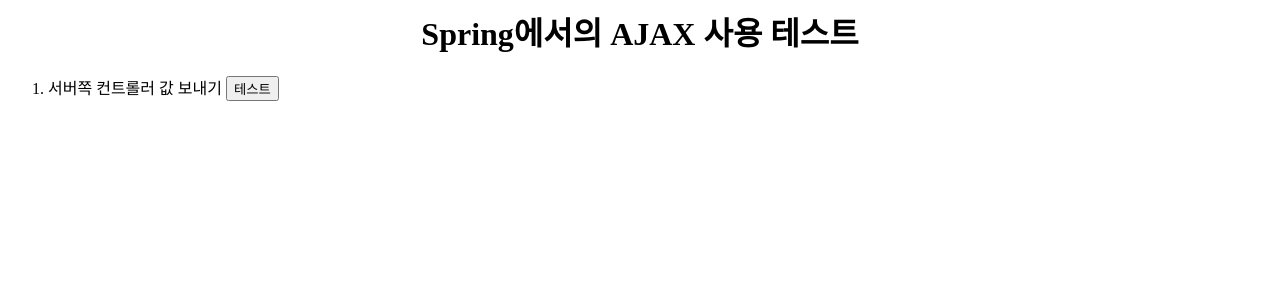
Repository: seokhwan-park/KH_workspace
Page: http://localhost/ajaxProject/home.do
An editor plug-in stored every save of this project. The page is shown before and after the next save, followed by the edit.
The browser window is 1280 px wide. The pictures show the whole page.
The page is served by Tomcat 9.

Above is the page before, as saved 2020-10-06 07:58:28.

After the next save:
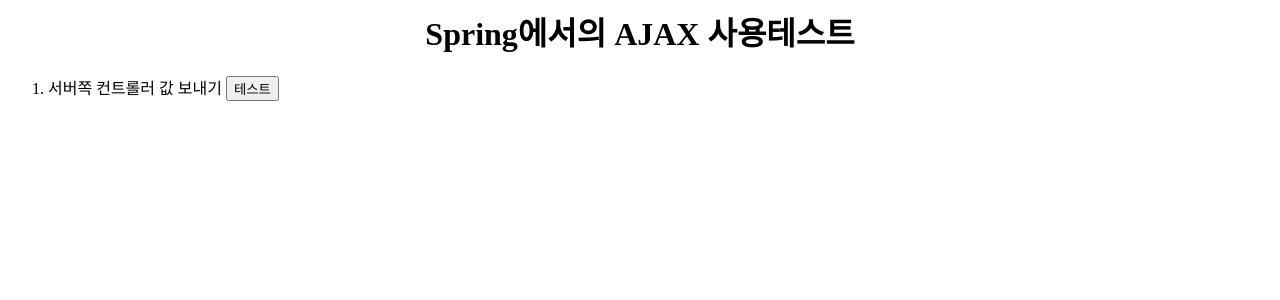
Saved 56 s later.
--- a/springworkspace/ajaxProject/src/main/webapp/WEB-INF/views/home.jsp
+++ b/springworkspace/ajaxProject/src/main/webapp/WEB-INF/views/home.jsp
@@ -1,41 +1,42 @@
-<%@ page language="java" contentType="text/html;; charset=UTF-8" pageEncoding="UTF-8" %>
+<%@ page language="java" contentType="text/html; charset=UTF-8" pageEncoding="UTF-8" %>
 <%@ taglib uri="http://java.sun.com/jsp/jstl/core" prefix="c" %>
 <%@ page session="false" %>
 <html>
 <head>
-	<title>Home</title>
-	<script src="http://code.jquery.com/jquery-3.5.1.min.js"></script>
+   <title>Home</title>
+   <script src="http://code.jquery.com/jquery-3.5.1.min.js"></script>
 </head>
 <body>
-	<h1 align="center">Spring에서의 AJAX 사용 테스트</h1>
+   <h1 align="center">Spring에서의 AJAX 사용테스트</h1>
 
-	<ol>
-		<li>서버쪽 컨트롤러 값 보내기
-			<button id="btn1">테스트</button>
-			<div id="d1"></div>
-		</li>
-		<script>
-			$(function () {
-				$("#btn1").on("click",function(){
-					$.ajax({
-						url:"test1.do",
-						data:{name:"신사임당", age:47},
-						type:"post",
-						success:function(data){
-							console.log(data);
-						},
-						error:function(request,jqXHR,exception){
-						// jqXHR : 기본 XHMLHTTPRequest 객체의 래퍼
-												// request.status : 404, 500등 상태값을 전달
-							alert("erro code : " + request.status + "\n"
-								+ "message : " + request.responseText +
-								"error : " + errorData);
-						}
-					});
-				});
-			});
+   <ol>
+      <li>서버쪽 컨트롤러 값 보내기
+         <button id="btn1">테스트</button>
+         <div id="d1"></div>
+      </li>
+      <script>
+         $(function(){
+            $("#btn1").on("click",function(){
+               $.ajax({
+                  url:"test1.do",
+                  data:{name:"신사임당",age:47},
+                  type:"post",
+                  success:function(data){
+                     console.log(data);
+                  },
+                  error:function(request,jqXHR,exception){
+                     // jqXHR : 기본 XMLHttpRequest 객체의 래퍼
+                     alert("error code : " + request.status + "\n"
+                        + "message : " + request.responseText
+                        + "error : " + errorDate);
+                  }
 
-	</script>
-	</ol>
+               });
+            });
+         });
+      </script>
+   </ol>
+
+
 </body>
 </html>

After the 2 saves that followed:
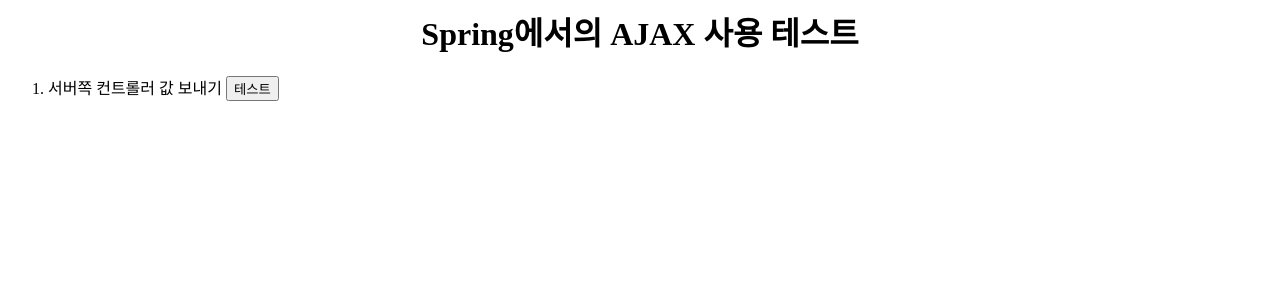
The 2 saves are shown as one change because 1 left the picture as it was.
The last was saved 73 s later.
--- a/springworkspace/ajaxProject/src/main/webapp/WEB-INF/views/home.jsp
+++ b/springworkspace/ajaxProject/src/main/webapp/WEB-INF/views/home.jsp
@@ -7,36 +7,37 @@
    <script src="http://code.jquery.com/jquery-3.5.1.min.js"></script>
 </head>
 <body>
-   <h1 align="center">Spring에서의 AJAX 사용테스트</h1>
+   <h1 align="center">Spring에서의 AJAX 사용 테스트</h1>
 
    <ol>
-      <li>서버쪽 컨트롤러 값 보내기
+      <li>
+         서버쪽 컨트롤러 값 보내기
          <button id="btn1">테스트</button>
          <div id="d1"></div>
       </li>
       <script>
-         $(function(){
-            $("#btn1").on("click",function(){
-               $.ajax({
-                  url:"test1.do",
-                  data:{name:"신사임당",age:47},
-                  type:"post",
-                  success:function(data){
-                     console.log(data);
-                  },
-                  error:function(request,jqXHR,exception){
-                     // jqXHR : 기본 XMLHttpRequest 객체의 래퍼
-                     alert("error code : " + request.status + "\n"
-                        + "message : " + request.responseText
-                        + "error : " + errorDate);
-                  }
-
-               });
+         $(function()
+            {
+               $("#btn1").on("click", function()
+                  {
+                     $.ajax(
+                     {
+                        url:"test1.do",
+                        data:{name:"신사임당", age:47},
+                        type:"post",
+                        success:function(data)
+                        {
+                           console.log(data);
+                        },
+                        error:function(request, jqXHR, exception)
+                        {
+                           // jqXHR : 기본 XHMLHttpRequest 객체의 래퍼
+                           alert("error code : " + request.status + "\n" + "message : " + request.responseText + "error : " + errorData);
+                        }
+                     });
+                  });
             });
-         });
       </script>
    </ol>
-
-
 </body>
 </html>
